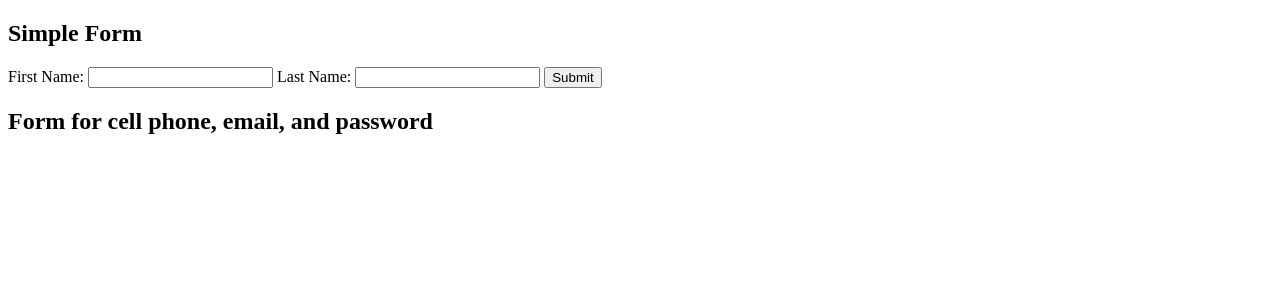
Repository: TheTroyPhillips/Block14
Page: Coursework/Block10/index.html
An editor plug-in stored every save of this project. The page is shown before and after a run of saves, followed by the edit.
The browser window is 1280 px wide. The pictures show the whole page.

Above is the page before, as saved 2023-09-07 19:20:08.

### Coursework/Block10/index.html
<!DOCTYPE html>
<html lang="en">
<head>
    <meta charset="UTF-8">
    <meta name="viewport" content="width=device-width, initial-scale=1.0">
    <title>Document</title>
</head>
<body>
    <article>
        <h2>Simple Form</h2>
        <form>
            <label for="fmane">First Name: </label>
            <input type="text" id="fname" name="fname">
            <label for="lmane">Last Name: </label>
            <input type="text" id="lname" name="lname">
            <input type="submit">

        </form>
    </article>
    <article>
        <h2>Form for cell phone, email, and password</h2>
        <form action=""></form>
    </article>
</body>
</html>

After the next 7 saves:
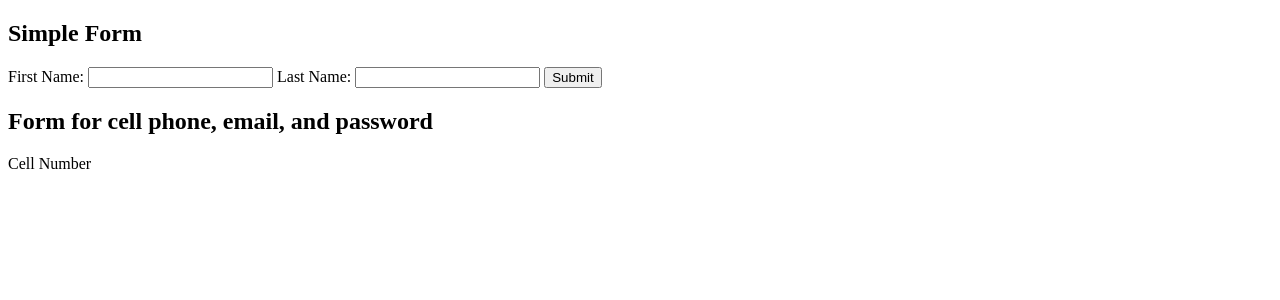
The 7 saves are shown as one change because they came seconds apart.
The last was saved 23 s later.
--- a/Coursework/Block10/index.html
+++ b/Coursework/Block10/index.html
@@ -19,7 +19,9 @@
     </article>
     <article>
         <h2>Form for cell phone, email, and password</h2>
-        <form action=""></form>
+        <form>
+            <label for="">Cell Number</label>
+        </form>
     </article>
 </body>
 </html>
